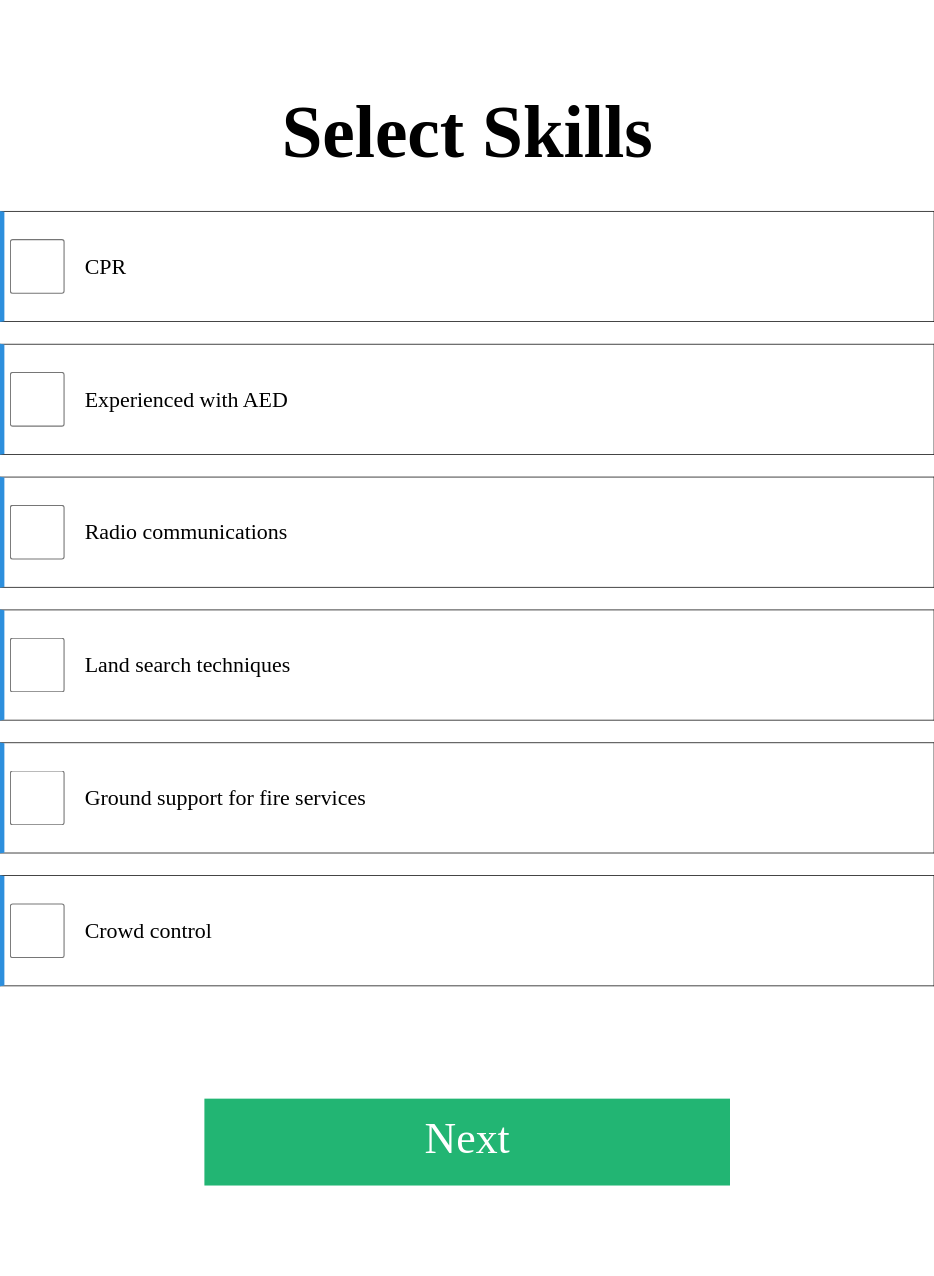
Repository: KittichoteKamalapirat/EMS-management-system
Page: skills.html
The author's editor kept a record of every edit. The page is drawn from the files as they stood at one moment, then again after the next edit.
The browser window is 1280 px wide. The pictures show the whole page, at 73% of full size.
Some web libraries are served in a nearby version.

Above is the page before.

After the next edit:
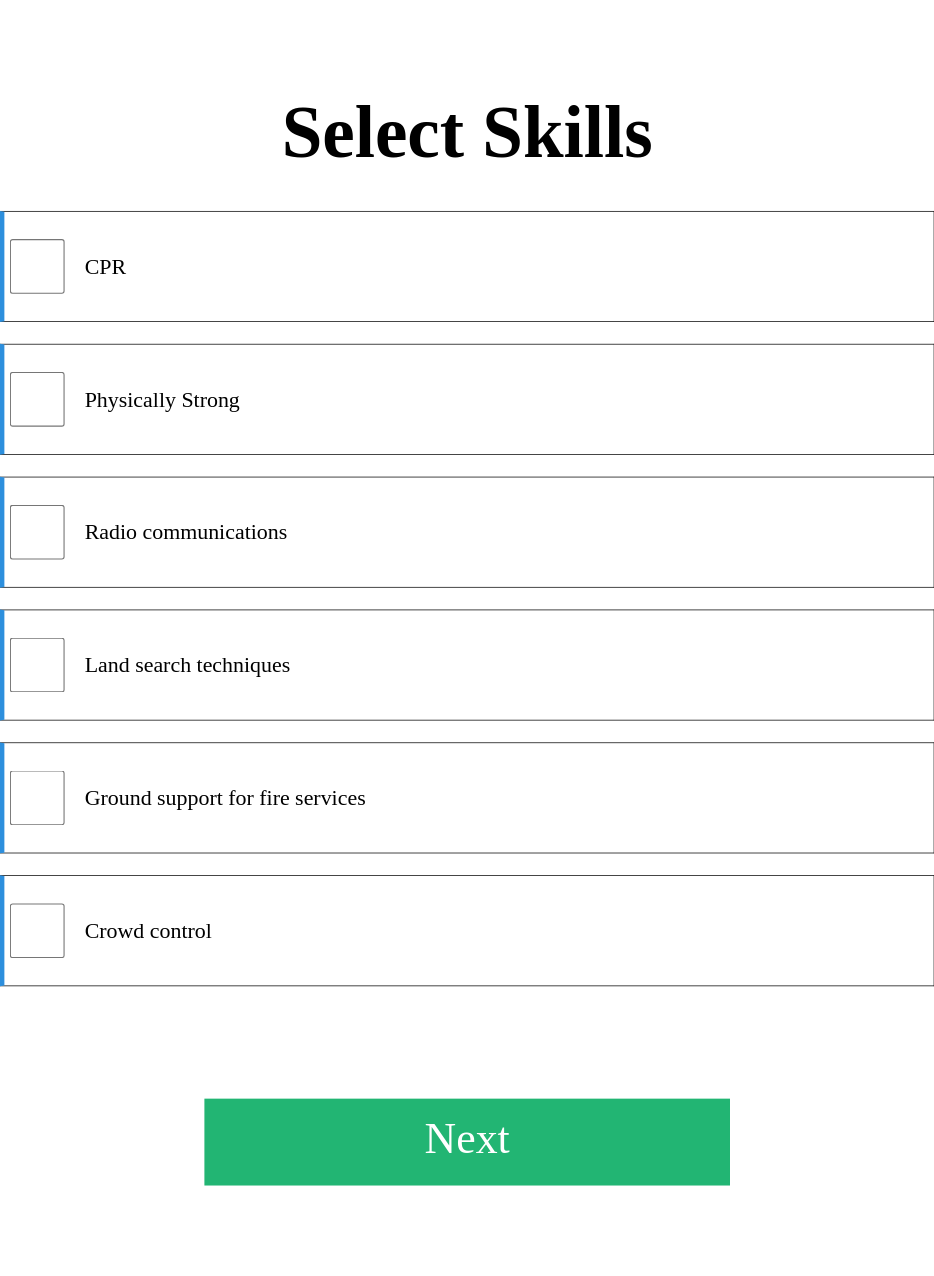
The edit:
--- a/skills.html
+++ b/skills.html
@@ -14,7 +14,8 @@
   <div class="scrollContent">
     <ul>
       <li><input type="checkbox" class = "check">CPR</li>
-      <li><input type="checkbox" class = "check">Experienced with AED</li>
+      <li><input type="checkbox" class = "check">Physically Strong</li>
+      <!--<li><input type="checkbox" class = "check">Experienced with AED</li>-->
       <li><input type="checkbox" class = "check">Radio communications</li>
       <li><input type="checkbox" class = "check">Land search techniques</li>
       <li><input type="checkbox" class = "check">Ground support for fire services</li>
